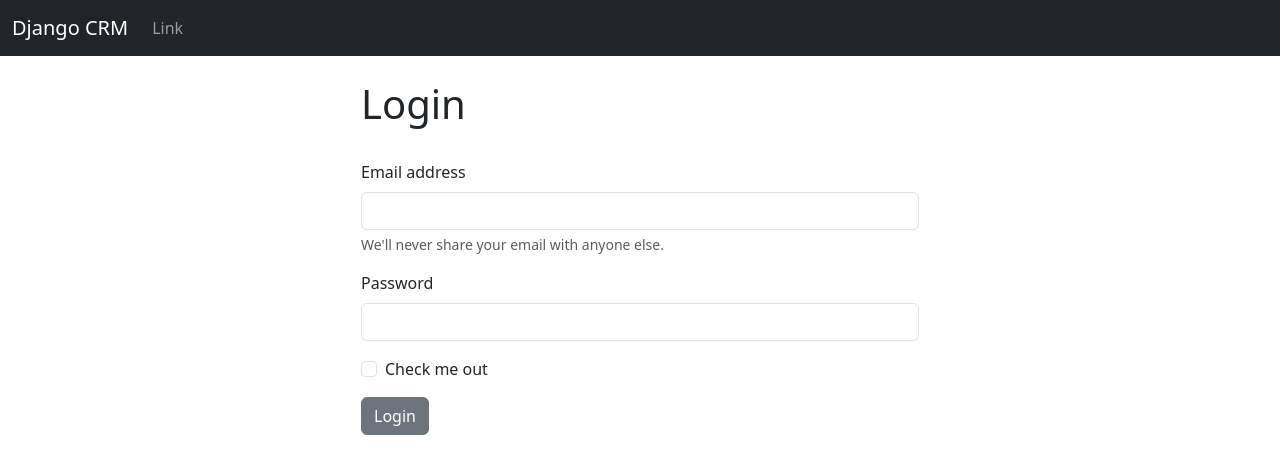
Repository: huutamcode/Thunghiem-CRM
Page: dcrm/website/templates/home.html
These files come from the project's save history. The page is drawn as it stood at one moment and after the next save; the edit follows.
The browser window is 1280 px wide. The pictures show the whole page.
The template is drawn by Django 4.2. The application's start-up code is not run. The template is opened directly, without the code that normally fills it, so the values that code supplies are empty.

Above is the page before, as saved 2023-11-13 15:16:20.

After the next save:
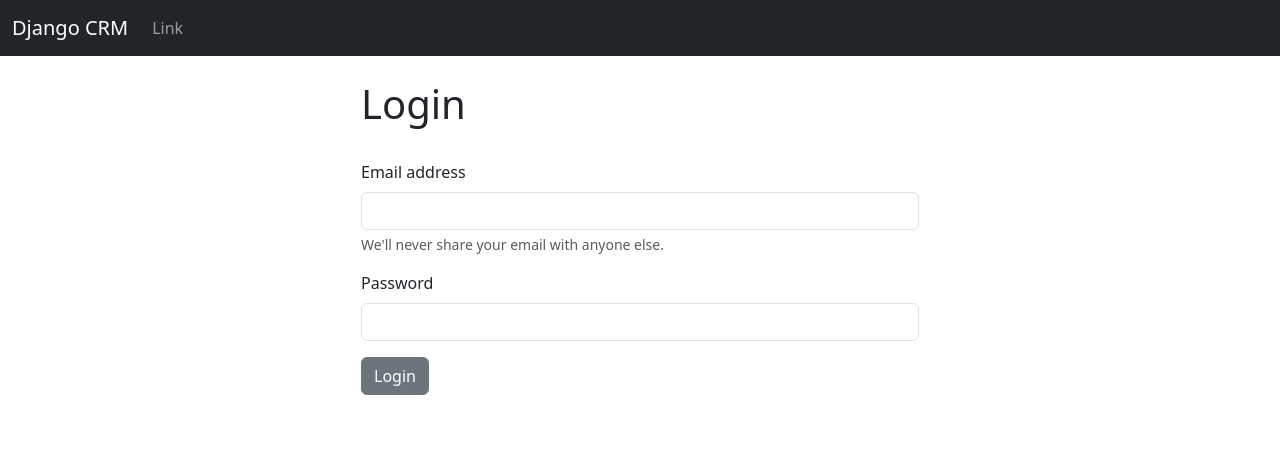
Saved 2 min 42 s later.
--- a/dcrm/website/templates/home.html
+++ b/dcrm/website/templates/home.html
@@ -19,10 +19,8 @@
             <label for="exampleInputPassword1" class="form-label">Password</label>
             <input type="password" class="form-control" id="exampleInputPassword1">
         </div>
-        <div class="mb-3 form-check">
-            <input type="checkbox" class="form-check-input" id="exampleCheck1">
-            <label class="form-check-label" for="exampleCheck1">Check me out</label>
-        </div>
+
+
         <button type="submit" class="btn btn-secondary">Login</button>
     </form>
 
